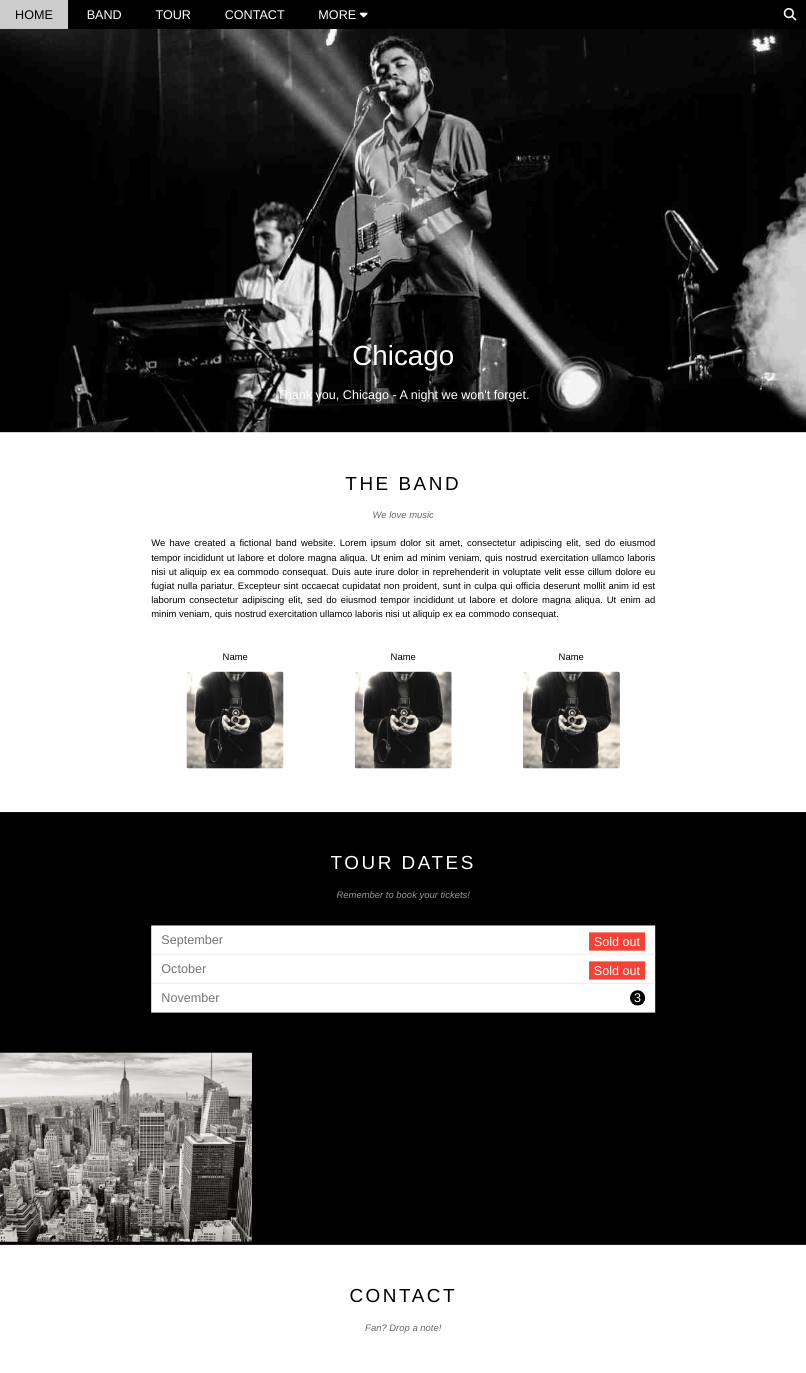
Repository: nugort/nugort.github.io
Page: f8/the-band/index.html
The author's editor kept a copy of each file at every save. The page is drawn from the files as they stood at one save, then again after the next save.
The browser window is 1280 px wide. The pictures show the whole page, at 63% of full size.
Some web libraries are served in a nearby version.

Above is the page before, as saved 2022-02-08 05:09:44.

After the next save:
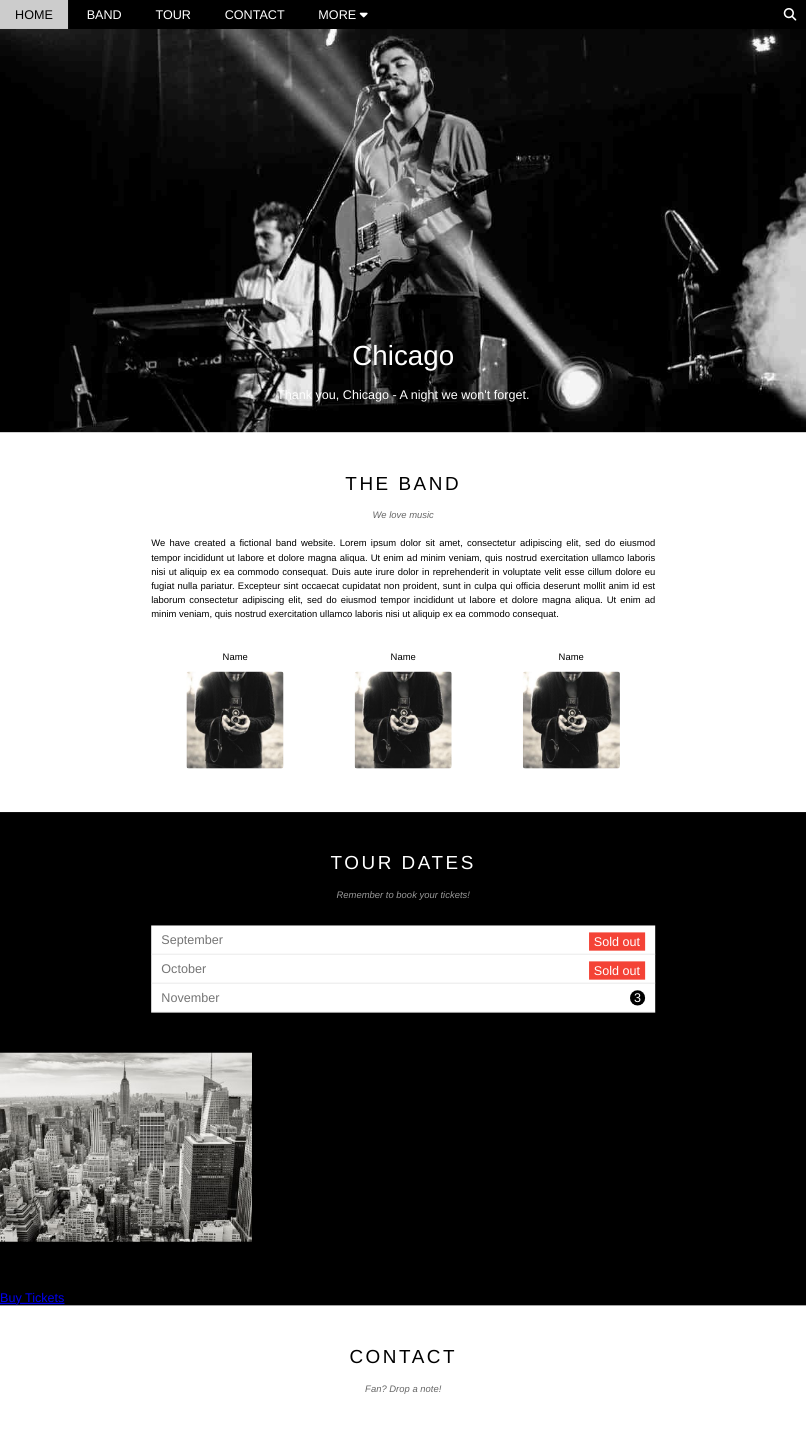
Saved 2 min 9 s later.
--- a/f8/the-band/index.html
+++ b/f8/the-band/index.html
@@ -130,6 +130,12 @@
                     <div class="place">
                         <img src="./assets/img/tour-places/newyork.jpg" alt="New York" class="place-img">
                     </div>
+                    <div class="place-body">
+                        <h3 class="place-body-title">New York</h3>
+                        <p class="place-time">Fri 27 Nov 2016</p>
+                        <p class="place-content">Praesent tincidunt sed tellus ut rutrum sed vitae justo.</p>
+                        <a href="#" class="place-buy-tickets">Buy Tickets</a>
+                    </div>
                 </div>
             </div>
 
